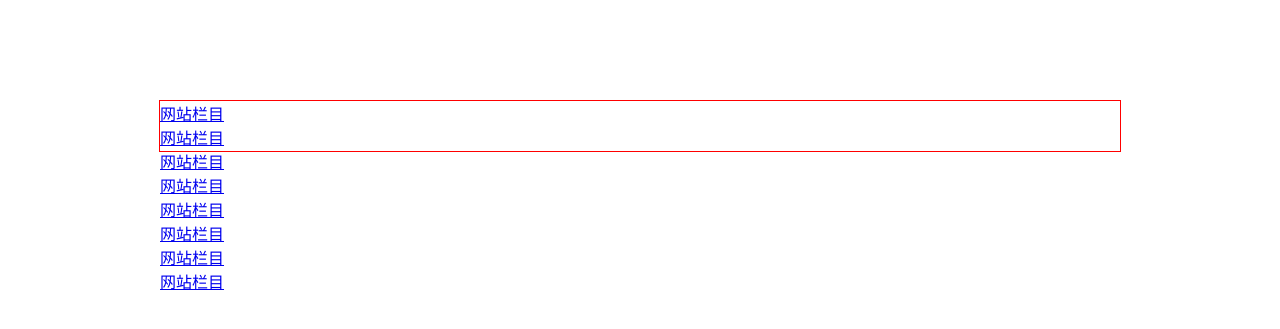
Repository: Germtao/Web
Page: web_css/css_伪类.html
These files come from the project's save history. The page is drawn as it stood at one moment and after the next save; the edit follows.
The browser window is 1280 px wide. The pictures show the whole page.

Above is the page before, as saved 2020-10-29 10:02:50.

### web_css/css_伪类.html
<!DOCTYPE html
  PUBLIC "-//W3C//DTD XHTML 1.0 Transitional//EN" "http://www.w3.org/TR/xhtml1/DTD/xhtml1-transitional.dtd">
<html xmlns="http://www.w3.org/1999/xhtml" xml:lang="en">

<head>
  <meta http-equiv="Content-Type" content="text/html;charset=UTF-8">
  <title>css-伪类</title>
  <style type="text/css">
    * {
      margin: 0;
      padding: 0;
    }

    .nav {
      width: 960px;
      height: 50px;
      border: 1px solid red;
      margin: 100px auto;
    }

    .nav ul {
      /* 去掉小圆点 */
      list-style: none;
    }
  </style>
</head>

<body>
  <div class="nav">
    <ul>
      <li><a href="#">网站栏目</a></li>
      <li><a href="#">网站栏目</a></li>
      <li><a href="#">网站栏目</a></li>
      <li><a href="#">网站栏目</a></li>
      <li><a href="#">网站栏目</a></li>
      <li><a href="#">网站栏目</a></li>
      <li><a href="#">网站栏目</a></li>
      <li><a href="#">网站栏目</a></li>
    </ul>
  </div>
</body>

</html>

After the next save:
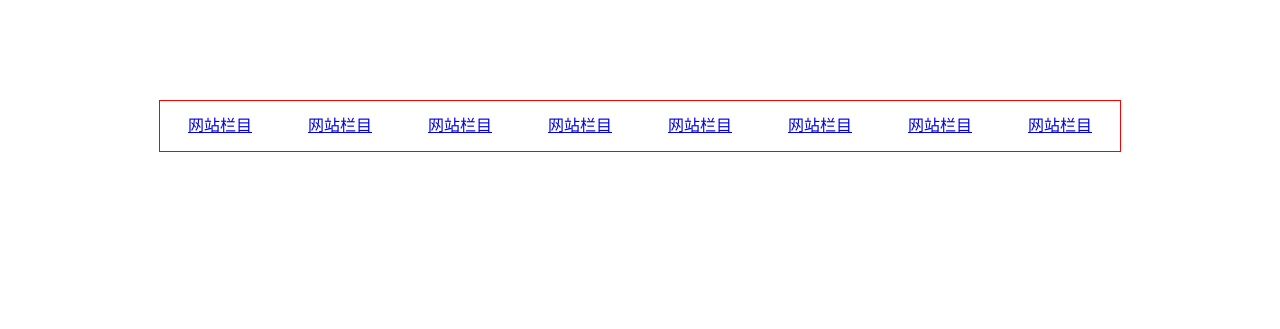
Saved 56 s later.
--- a/web_css/css_伪类.html
+++ b/web_css/css_伪类.html
@@ -22,6 +22,14 @@
       /* 去掉小圆点 */
       list-style: none;
     }
+
+    .nav ul li {
+      float: left;
+      width: 120px;
+      height: 50px;
+      text-align: center;
+      line-height: 50px;
+    }
   </style>
 </head>
 
